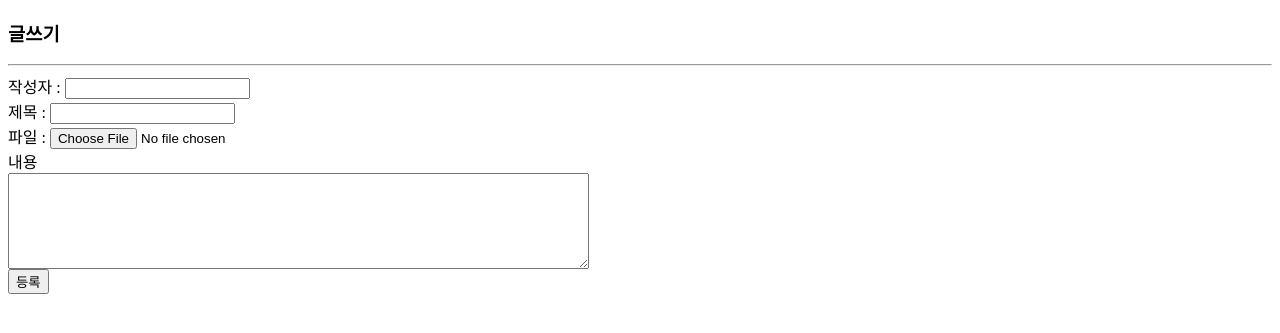
Repository: younggi-chae/Spring_exam
Page: http://localhost/Spring-web/view/insert_form.jsp
An editor plug-in stored every save of this project. The page is shown before and after the next save, followed by the edit.
The browser window is 1280 px wide. The pictures show the whole page.
The page is served by Tomcat 9.

Above is the page before, as saved 2020-10-29 06:41:13.

After the next save:
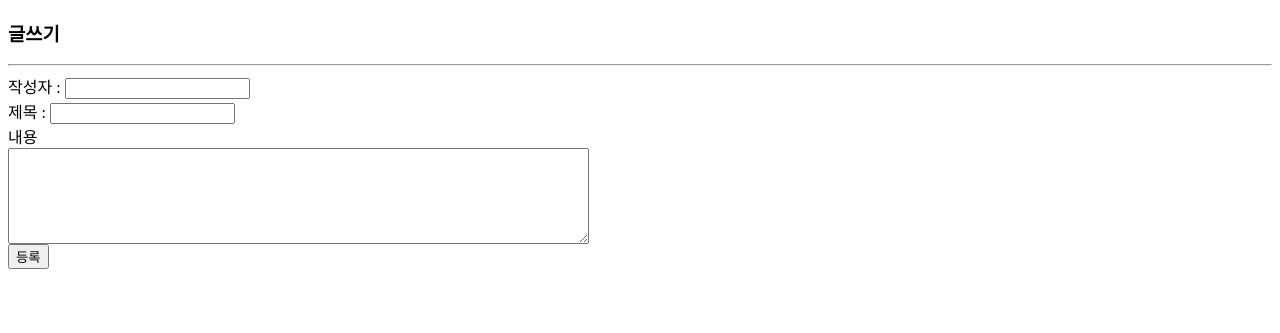
Saved 6 s later.
--- a/Spring-web/WebContent/view/insert_form.jsp
+++ b/Spring-web/WebContent/view/insert_form.jsp
@@ -12,7 +12,6 @@
 <form action="insertAction.do" method="post">
 	작성자 : <input type="text" name="writer"><br>
 	제목 : <input type="text" name="title"><br>
-	파일 : <input type="file" name="fname"><br>
 	내용 <br>
 	<textarea rows="6" cols="70" name="contents"></textarea>
 	<br>
